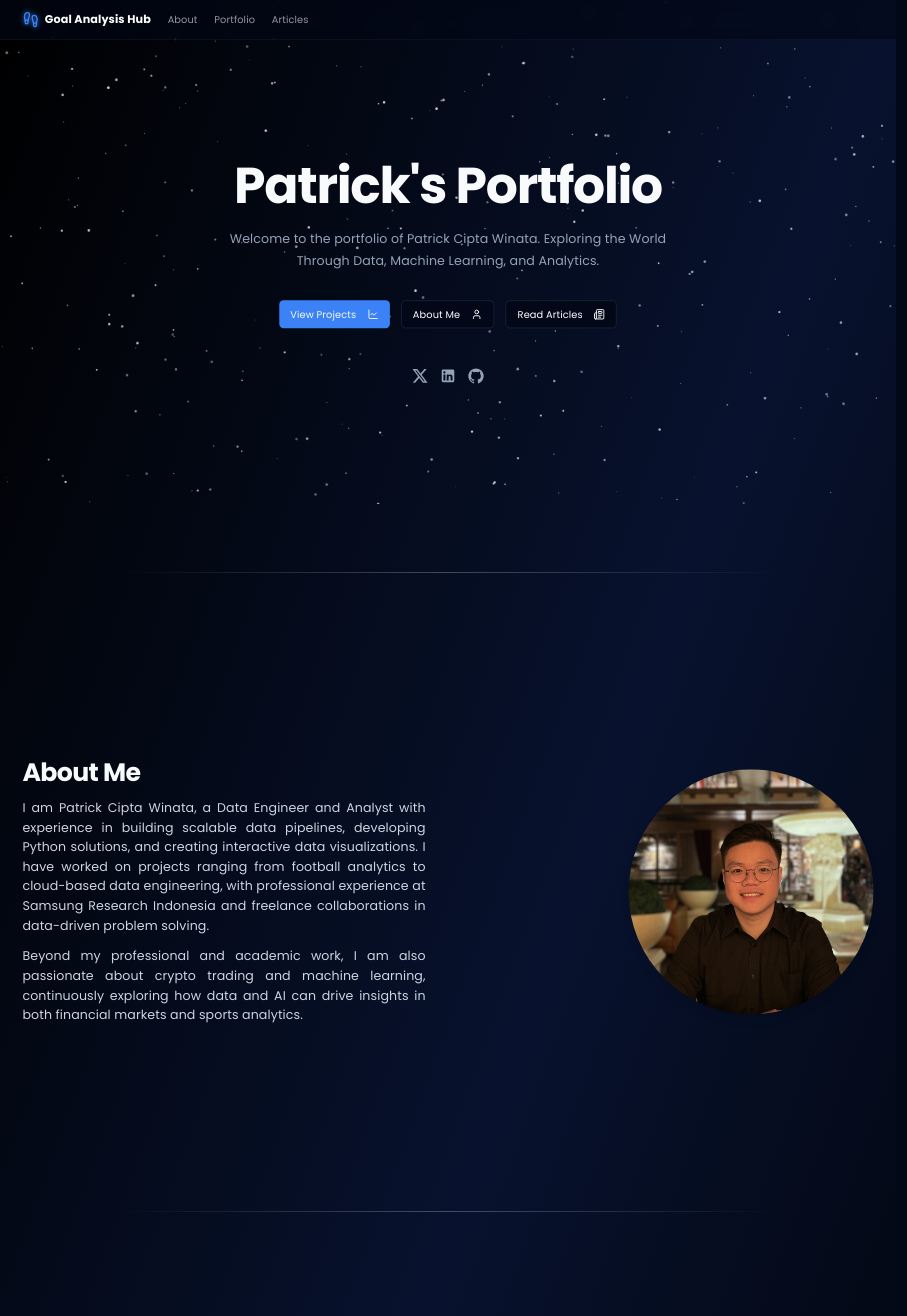
Repository: patrick-cw/my-portfolio
Page: /
These files come from the project's save history. The page is drawn as it stood at one moment and after the next save; the edit follows.
The browser window is 1280 px wide. The page is 1280 px wide, then 1296 px, so the pictures cover 1296 px, including what lies to the right of the window. The pictures show the part of the page from y = 0 to 1880 px (the page is 3545 px tall), at 70% of full size.
The project was rebuilt for these pictures with package versions that can differ from the ones it lists, and the page was loaded fresh each time. The framework's server and built-in components were replaced by stand-ins that run in the browser. Also part of the build but not shown: next.config.ts.

Above is the page before, as saved 2025-08-31 01:53:48.

### src/app/layout.tsx
import type {Metadata} from 'next';
import './globals.css';
import { Toaster } from "@/components/ui/toaster";
import { cn } from '@/lib/utils';
import Particles from '@/components/particles';
import Header from '@/components/header';
import Footer from '@/components/footer';
import ThemeRegistry from '@/components/ThemeRegistry';

export const metadata: Metadata = {
  title: "Patrick's Portfolio",
  description: 'A portfolio showcasing football analytics projects, articles, and more.',
};

export default function RootLayout({
  children,
}: Readonly<{
  children: React.ReactNode;
}>) {
  return (
    <html lang="en" className="dark" style={{scrollBehavior: 'smooth'}}>
      <head>
        <link rel="preconnect" href="https://fonts.googleapis.com" />
        <link rel="preconnect" href="https://fonts.gstatic.com" crossOrigin="anonymous" />
        <link href="https://fonts.googleapis.com/css2?family=Poppins:wght@400;600;700&display=swap" rel="stylesheet" />
      </head>
      <body className={cn("min-h-screen font-body antialiased bg-background")}>
        <ThemeRegistry>
          <div className="relative z-0 flex min-h-screen flex-col bg-gradient-to-br from-black via-blue-900/20 to-black">
            <Particles />
            <Header />
            <main className="flex-1">{children}</main>
            <Footer />
          </div>
          <Toaster />
        </ThemeRegistry>
      </body>
    </html>
  );
}

### src/app/globals.css
@tailwind base;
@tailwind components;
@tailwind utilities;

@layer base {
  :root {
    --background: 0 0% 100%;
    --foreground: 222.2 84% 4.9%;
    --card: 0 0% 100%;
    --card-foreground: 222.2 84% 4.9%;
    --card-highlight: 217.2 91.2% 95%;
    --popover: 0 0% 100%;
    --popover-foreground: 222.2 84% 4.9%;
    --primary: 217.2 91.2% 59.8%;
    --primary-foreground: 210 40% 98%;
    --secondary: 210 40% 96.1%;
    --secondary-foreground: 217.2 91.2% 59.8%;
    --muted: 210 40% 96.1%;
    --muted-foreground: 215.4 16.3% 46.9%;
    --accent: 210 40% 96.1%;
    --accent-foreground: 217.2 91.2% 59.8%;
    --destructive: 0 84.2% 60.2%;
    --destructive-foreground: 210 40% 98%;
    --border: 214.3 31.8% 91.4%;
    --input: 214.3 31.8% 91.4%;
    --ring: 217.2 91.2% 59.8%;
    --radius: 0.5rem;
    --sidebar-background: 0 0% 98%;
    --sidebar-foreground: 240 5.3% 26.1%;
    --sidebar-primary: 240 5.9% 10%;
    --sidebar-primary-foreground: 0 0% 98%;
    --sidebar-accent: 240 4.8% 95.9%;
    --sidebar-accent-foreground: 240 5.9% 10%;
    --sidebar-border: 220 13% 91%;
    --sidebar-ring: 217.2 91.2% 59.8%;
    --chart-1: 12 76% 61%;
    --chart-2: 173 58% 39%;
    --chart-3: 197 37% 24%;
    --chart-4: 43 74% 66%;
    --chart-5: 27 87% 67%;
  }
  .dark {
    --background: 222.2 84% 4.9%;
    --foreground: 210 40% 98%;
    --card: 222.2 84% 6.9%;
    --card-foreground: 210 40% 98%;
    --card-highlight: 217.2 32.6% 12.5%;
    --popover: 222.2 84% 4.9%;
    --popover-foreground: 210 40% 98%;
    --primary: 217.2 91.2% 59.8%;
    --primary-foreground: 210 40% 98%;
    --secondary: 217.2 32.6% 17.5%;
    --secondary-foreground: 210 40% 98%;
    --muted: 217.2 32.6% 17.5%;
    --muted-foreground: 215 20.2% 65.1%;
    --accent: 217.2 32.6% 17.5%;
    --accent-foreground: 210 40% 98%;
    --destructive: 0 62.8% 30.6%;
    --destructive-foreground: 210 40% 98%;
    --border: 217.2 32.6% 17.5%;
    --input: 217.2 32.6% 17.5%;
    --ring: 217.2 91.2% 59.8%;
    --chart-1: 220 70% 50%;
    --chart-2: 160 60% 45%;
    --chart-3: 30 80% 55%;
    --chart-4: 280 65% 60%;
    --chart-5: 340 75% 55%;
    --sidebar-background: 240 5.9% 10%;
    --sidebar-foreground: 240 4.8% 95.9%;
    --sidebar-primary: 224.3 76.3% 48%;
    --sidebar-primary-foreground: 0 0% 100%;
    --sidebar-accent: 240 3.7% 15.9%;
    --sidebar-accent-foreground: 240 4.8% 95.9%;
    --sidebar-border: 240 3.7% 15.9%;
    --sidebar-ring: 217.2 91.2% 59.8%;
  }
}

@layer base {
  * {
    @apply border-border;
  }
  body {
    @apply bg-background text-foreground;
  }
}

### src/components/ui/toaster.tsx
"use client"

import { useToast } from "@/hooks/use-toast"
import {
  Toast,
  ToastClose,
  ToastDescription,
  ToastProvider,
  ToastTitle,
  ToastViewport,
} from "@/components/ui/toast"

export function Toaster() {
  const { toasts } = useToast()

  return (
    <ToastProvider>
      {toasts.map(function ({ id, title, description, action, ...props }) {
        return (
          <Toast key={id} {...props}>
            <div className="grid gap-1">
              {title && <ToastTitle>{title}</ToastTitle>}
              {description && (
                <ToastDescription>{description}</ToastDescription>
              )}
            </div>
            {action}
            <ToastClose />
          </Toast>
        )
      })}
      <ToastViewport />
    </ToastProvider>
  )
}

### src/components/particles.tsx
"use client";

import React, { useRef, useEffect } from 'react';
import { cn } from '@/lib/utils';

interface MousePosition {
  x: number | null;
  y: number | null;
  radius: number;
}

// Helper class for a single particle
class Particle {
  x: number;
  y: number;
  size: number;
  color: string;
  // Base velocity
  vx: number;
  vy: number;
  // Mouse-induced velocity
  pushX: number;
  pushY: number;
  friction: number;

  constructor(private canvas: HTMLCanvasElement) {
    this.x = Math.random() * canvas.width;
    this.y = Math.random() * canvas.height;
    this.size = Math.random() * 1.5 + 0.5;
    this.color = `rgba(255, 255, 255, ${Math.random() * 0.5 + 0.3})`;
    this.vx = (Math.random() - 0.5) * 0.1; // Slow independent horizontal movement
    this.vy = (Math.random() - 0.5) * 0.1; // Slow independent vertical movement
    this.pushX = 0;
    this.pushY = 0;
    this.friction = 0.95; // Slows down the mouse push effect
  }

  draw(context: CanvasRenderingContext2D) {
    context.fillStyle = this.color;
    context.beginPath();
    context.arc(this.x, this.y, this.size, 0, Math.PI * 2);
    context.fill();
  }

  update(mouse: MousePosition) {
    // Mouse interaction
    if (mouse.x !== null && mouse.y !== null) {
        const dx = this.x - mouse.x;
        const dy = this.y - mouse.y;
        const distance = Math.sqrt(dx * dx + dy * dy);
        const forceDirectionX = dx / distance;
        const forceDirectionY = dy / distance;
        const force = (mouse.radius - distance) / mouse.radius; // Inverted force

        if (distance < mouse.radius) {
            const pushStrength = force * 0.5; // Adjust push strength
            this.pushX += forceDirectionX * pushStrength;
            this.pushY += forceDirectionY * pushStrength;
        }
    }

    // Apply friction to the mouse-push velocity
    this.pushX *= this.friction;
    this.pushY *= this.friction;

    // Update position with both base velocity and mouse-push velocity
    this.x += this.vx + this.pushX;
    this.y += this.vy + this.pushY;

    // Screen wrapping logic
    if (this.x > this.canvas.width) this.x = 0;
    if (this.x < 0) this.x = this.canvas.width;
    if (this.y > this.canvas.height) this.y = 0;
    if (this.y < 0) this.y = this.canvas.height;
  }
}

export default function Particles({ className }: { className?: string }) {
  const canvasRef = useRef<HTMLCanvasElement>(null);
  const particles = useRef<Particle[]>([]);
  const mouse = useRef<MousePosition>({ x: null, y: null, radius: 100 });
  const animationFrameId = useRef<number>();

  const initParticles = (canvas: HTMLCanvasElement) => {
    particles.current = [];
    const numberOfParticles = Math.floor((canvas.width * canvas.height) / 3000);
    for (let i = 0; i < numberOfParticles; i++) {
      particles.current.push(new Particle(canvas));
    }
  };

  const animate = () => {
    const canvas = canvasRef.current;
    if (!canvas) return;
    const context = canvas.getContext('2d');
    if (!context) return;

    context.clearRect(0, 0, canvas.width, canvas.height);
    for (const particle of particles.current) {
      particle.update(mouse.current);
      particle.draw(context);
    }
    animationFrameId.current = requestAnimationFrame(animate);
  };

  useEffect(() => {
    const canvas = canvasRef.current;
    if (!canvas) return;

    const handleResize = () => {
      if (animationFrameId.current) {
        cancelAnimationFrame(animationFrameId.current);
      }
      canvas.width = window.innerWidth;
      canvas.height = window.innerHeight;
      initParticles(canvas);
      animate();
    };

    const handleMouseMove = (event: MouseEvent) => {
      mouse.current.x = event.clientX;
      mouse.current.y = event.clientY;
    };

    const handleMouseLeave = () => {
        mouse.current.x = null;
        mouse.current.y = null;
    }

    window.addEventListener('resize', handleResize);
    window.addEventListener('mousemove', handleMouseMove);
    window.addEventListener('mouseleave', handleMouseLeave);

    handleResize();

    return () => {
      window.removeEventListener('resize', handleResize);
      window.removeEventListener('mousemove', handleMouseMove);
      window.removeEventListener('mouseleave', handleMouseLeave);
      if (animationFrameId.current) {
        cancelAnimationFrame(animationFrameId.current);
      }
    };
  }, []);

  return <canvas ref={canvasRef} className={cn('fixed top-0 left-0 w-full h-full -z-10', className)} />;
}

### src/components/header.tsx
import Link from "next/link";
import { Footprints } from "lucide-react";

export default function Header() {
  return (
    <header className="sticky top-0 z-50 w-full border-b border-border/40 bg-background/95 backdrop-blur supports-[backdrop-filter]:bg-background/60">
      <div className="container flex h-14 max-w-screen-2xl items-center">
        <Link href="/" className="mr-6 flex items-center space-x-2">
          <Footprints className="h-6 w-6 text-primary" style={{filter: 'drop-shadow(0 0 4px hsl(var(--primary)))'}}/>
          <span className="font-bold sm:inline-block font-headline">Goal Analysis Hub</span>
        </Link>
        <nav className="flex items-center gap-4 text-sm lg:gap-6">
          <Link href="/#about" className="text-foreground/60 transition-colors hover:text-foreground/80">
            About
          </Link>
          <Link href="/#portfolio" className="text-foreground/60 transition-colors hover:text-foreground/80">
            Portfolio
          </Link>
          <Link href="/#articles" className="text-foreground/60 transition-colors hover:text-foreground/80">
            Articles
          </Link>
        </nav>
      </div>
    </header>
  );
}

### src/components/footer.tsx
export default function Footer() {
    return (
      <footer className="border-t border-border/40 py-6 md:py-8">
        <div className="container flex flex-col items-center justify-between gap-4 md:flex-row">
          <p className="text-sm text-muted-foreground">
            © {new Date().getFullYear()} Patrick Cipta Winata. All rights reserved.
          </p>
        </div>
      </footer>
    );
  }

### src/components/ThemeRegistry.tsx
'use client';
import createCache from '@emotion/cache';
import { useServerInsertedHTML } from 'next/navigation';
import { CacheProvider } from '@emotion/react';
import { ThemeProvider } from '@mui/material/styles';
import CssBaseline from '@mui/material/CssBaseline';
import { createTheme } from '@mui/material/styles';
import React from 'react';

const theme = createTheme({
  palette: {
    mode: 'dark',
  },
});

// This implementation is from emotion-js
// https://github.com/emotion-js/emotion/issues/2928#issuecomment-1319747902
export default function ThemeRegistry(props: { children: React.ReactNode }) {
  const { children } = props;

  const [{ cache, flush }] = React.useState(() => {
    const cache = createCache({ key: 'mui-style' });
    cache.compat = true;
    const prevInsert = cache.insert;
    let inserted: string[] = [];
    cache.insert = (...args) => {
      const serialized = args[1];
      if (cache.inserted[serialized.name] === undefined) {
        inserted.push(serialized.name);
      }
      return prevInsert(...args);
    };
    const flush = () => {
      const prevInserted = inserted;
      inserted = [];
      return prevInserted;
    };
    return { cache, flush };
  });

  useServerInsertedHTML(() => {
    const names = flush();
    if (names.length === 0) {
      return null;
    }
    let styles = '';
    for (const name of names) {
      styles += cache.inserted[name];
    }
    return (
      <style
        key={cache.key}
        data-emotion={`${cache.key} ${names.join(' ')}`}
        dangerouslySetInnerHTML={{
          __html: styles,
        }}
      />
    );
  });

  return (
    <CacheProvider value={cache}>
      <ThemeProvider theme={theme}>
        <CssBaseline />
        {children}
      </ThemeProvider>
    </CacheProvider>
  );
}

### src/components/ui/button.tsx
import * as React from "react"
import { Slot } from "@radix-ui/react-slot"
import { cva, type VariantProps } from "class-variance-authority"

import { cn } from "@/lib/utils"

const buttonVariants = cva(
  "inline-flex items-center justify-center gap-2 whitespace-nowrap rounded-md text-sm font-medium ring-offset-background transition-colors focus-visible:outline-none focus-visible:ring-2 focus-visible:ring-ring focus-visible:ring-offset-2 disabled:pointer-events-none disabled:opacity-50 [&_svg]:pointer-events-none [&_svg]:size-4 [&_svg]:shrink-0",
  {
    variants: {
      variant: {
        default: "bg-primary text-primary-foreground hover:bg-primary/90",
        destructive:
          "bg-destructive text-destructive-foreground hover:bg-destructive/90",
        outline:
          "border border-input bg-background hover:bg-accent hover:text-accent-foreground",
        secondary:
          "bg-secondary text-secondary-foreground hover:bg-secondary/80",
        ghost: "hover:bg-accent hover:text-accent-foreground",
        link: "text-primary underline-offset-4 hover:underline",
      },
      size: {
        default: "h-10 px-4 py-2",
        sm: "h-9 rounded-md px-3",
        lg: "h-11 rounded-md px-8",
        icon: "h-10 w-10",
      },
    },
    defaultVariants: {
      variant: "default",
      size: "default",
    },
  }
)

export interface ButtonProps
  extends React.ButtonHTMLAttributes<HTMLButtonElement>,
    VariantProps<typeof buttonVariants> {
  asChild?: boolean
}

const Button = React.forwardRef<HTMLButtonElement, ButtonProps>(
  ({ className, variant, size, asChild = false, ...props }, ref) => {
    const Comp = asChild ? Slot : "button"
    return (
      <Comp
        className={cn(buttonVariants({ variant, size, className }))}
        ref={ref}
        {...props}
      />
    )
  }
)
Button.displayName = "Button"

export { Button, buttonVariants }

### src/components/ui/toast.tsx
"use client"

import * as React from "react"
import * as ToastPrimitives from "@radix-ui/react-toast"
import { cva, type VariantProps } from "class-variance-authority"
import { X } from "lucide-react"

import { cn } from "@/lib/utils"

const ToastProvider = ToastPrimitives.Provider

const ToastViewport = React.forwardRef<
  React.ElementRef<typeof ToastPrimitives.Viewport>,
  React.ComponentPropsWithoutRef<typeof ToastPrimitives.Viewport>
>(({ className, ...props }, ref) => (
  <ToastPrimitives.Viewport
    ref={ref}
    className={cn(
      "fixed top-0 z-[100] flex max-h-screen w-full flex-col-reverse p-4 sm:bottom-0 sm:right-0 sm:top-auto sm:flex-col md:max-w-[420px]",
      className
    )}
    {...props}
  />
))
ToastViewport.displayName = ToastPrimitives.Viewport.displayName

const toastVariants = cva(
  "group pointer-events-auto relative flex w-full items-center justify-between space-x-4 overflow-hidden rounded-md border p-6 pr-8 shadow-lg transition-all data-[swipe=cancel]:translate-x-0 data-[swipe=end]:translate-x-[var(--radix-toast-swipe-end-x)] data-[swipe=move]:translate-x-[var(--radix-toast-swipe-move-x)] data-[swipe=move]:transition-none data-[state=open]:animate-in data-[state=closed]:animate-out data-[swipe=end]:animate-out data-[state=closed]:fade-out-80 data-[state=closed]:slide-out-to-right-full data-[state=open]:slide-in-from-top-full data-[state=open]:sm:slide-in-from-bottom-full",
  {
    variants: {
      variant: {
        default: "border bg-background text-foreground",
        destructive:
          "destructive group border-destructive bg-destructive text-destructive-foreground",
      },
    },
    defaultVariants: {
      variant: "default",
    },
  }
)

const Toast = React.forwardRef<
  React.ElementRef<typeof ToastPrimitives.Root>,
  React.ComponentPropsWithoutRef<typeof ToastPrimitives.Root> &
    VariantProps<typeof toastVariants>
>(({ className, variant, ...props }, ref) => {
  return (
    <ToastPrimitives.Root
      ref={ref}
      className={cn(toastVariants({ variant }), className)}
      {...props}
    />
  )
})
Toast.displayName = ToastPrimitives.Root.displayName

const ToastAction = React.forwardRef<
  React.ElementRef<typeof ToastPrimitives.Action>,
  React.ComponentPropsWithoutRef<typeof ToastPrimitives.Action>
>(({ className, ...props }, ref) => (
  <ToastPrimitives.Action
    ref={ref}
    className={cn(
      "inline-flex h-8 shrink-0 items-center justify-center rounded-md border bg-transparent px-3 text-sm font-medium ring-offset-background transition-colors hover:bg-secondary focus:outline-none focus:ring-2 focus:ring-ring focus:ring-offset-2 disabled:pointer-events-none disabled:opacity-50 group-[.destructive]:border-muted/40 group-[.destructive]:hover:border-destructive/30 group-[.destructive]:hover:bg-destructive group-[.destructive]:hover:text-destructive-foreground group-[.destructive]:focus:ring-destructive",
      className
    )}
    {...props}
  />
))
ToastAction.displayName = ToastPrimitives.Action.displayName

const ToastClose = React.forwardRef<
  React.ElementRef<typeof ToastPrimitives.Close>,
  React.ComponentPropsWithoutRef<typeof ToastPrimitives.Close>
>(({ className, ...props }, ref) => (
  <ToastPrimitives.Close
    ref={ref}
    className={cn(
      "absolute right-2 top-2 rounded-md p-1 text-foreground/50 opacity-0 transition-opacity hover:text-foreground focus:opacity-100 focus:outline-none focus:ring-2 group-hover:opacity-100 group-[.destructive]:text-red-300 group-[.destructive]:hover:text-red-50 group-[.destructive]:focus:ring-red-400 group-[.destructive]:focus:ring-offset-red-600",
      className
    )}
    toast-close=""
    {...props}
  >
    <X className="h-4 w-4" />
  </ToastPrimitives.Close>
))
ToastClose.displayName = ToastPrimitives.Close.displayName

const ToastTitle = React.forwardRef<
  React.ElementRef<typeof ToastPrimitives.Title>,
  React.ComponentPropsWithoutRef<typeof ToastPrimitives.Title>
>(({ className, ...props }, ref) => (
  <ToastPrimitives.Title
    ref={ref}
    className={cn("text-sm font-semibold", className)}
    {...props}
  />
))
ToastTitle.displayName = ToastPrimitives.Title.displayName

const ToastDescription = React.forwardRef<
  React.ElementRef<typeof ToastPrimitives.Description>,
  React.ComponentPropsWithoutRef<typeof ToastPrimitives.Description>
>(({ className, ...props }, ref) => (
  <ToastPrimitives.Description
    ref={ref}
    className={cn("text-sm opacity-90", className)}
    {...props}
  />
))
ToastDescription.displayName = ToastPrimitives.Description.displayName

type ToastProps = React.ComponentPropsWithoutRef<typeof Toast>

type ToastActionElement = React.ReactElement<typeof ToastAction>

export {
  type ToastProps,
  type ToastActionElement,
  ToastProvider,
  ToastViewport,
  Toast,
  ToastTitle,
  ToastDescription,
  ToastClose,
  ToastAction,
}

### tailwind.config.ts
import type {Config} from 'tailwindcss';

export default {
  darkMode: ['class'],
  content: [
    './src/pages/**/*.{js,ts,jsx,tsx,mdx}',
    './src/components/**/*.{js,ts,jsx,tsx,mdx}',
    './src/app/**/*.{js,ts,jsx,tsx,mdx}',
  ],
  theme: {
    container: {
      center: true,
      padding: "2rem",
      screens: {
        "2xl": "1400px",
      },
    },
    extend: {
      fontFamily: {
        body: ['Poppins', 'sans-serif'],
        headline: ['Poppins', 'sans-serif'],
        code: ['monospace'],
      },
      colors: {
        background: 'hsl(var(--background))',
        foreground: 'hsl(var(--foreground))',
        card: {
          DEFAULT: 'hsl(var(--card))',
          foreground: 'hsl(var(--card-foreground))',
          highlight: 'hsl(var(--card-highlight))',
        },
        popover: {
          DEFAULT: 'hsl(var(--popover))',
          foreground: 'hsl(var(--popover-foreground))',
        },
        primary: {
          DEFAULT: 'hsl(var(--primary))',
          foreground: 'hsl(var(--primary-foreground))',
        },
        secondary: {
          DEFAULT: 'hsl(var(--secondary))',
          foreground: 'hsl(var(--secondary-foreground))',
        },
        muted: {
          DEFAULT: 'hsl(var(--muted))',
          foreground: 'hsl(var(--muted-foreground))',
        },
        accent: {
          DEFAULT: 'hsl(var(--accent))',
          foreground: 'hsl(var(--accent-foreground))',
        },
        destructive: {
          DEFAULT: 'hsl(var(--destructive))',
          foreground: 'hsl(var(--destructive-foreground))',
        },
        border: 'hsl(var(--border))',
        input: 'hsl(var(--input))',
        ring: 'hsl(var(--ring))',
        chart: {
          '1': 'hsl(var(--chart-1))',
          '2': 'hsl(var(--chart-2))',
          '3': 'hsl(var(--chart-3))',
          '4': 'hsl(var(--chart-4))',
          '5': 'hsl(var(--chart-5))',
        },
        sidebar: {
          DEFAULT: 'hsl(var(--sidebar-background))',
          foreground: 'hsl(var(--sidebar-foreground))',
          primary: 'hsl(var(--sidebar-primary))',
          'primary-foreground': 'hsl(var(--sidebar-primary-foreground))',
          accent: 'hsl(var(--sidebar-accent))',
          'accent-foreground': 'hsl(var(--sidebar-accent-foreground))',
          border: 'hsl(var(--sidebar-border))',
          ring: 'hsl(var(--sidebar-ring))',
        },
      },
      borderRadius: {
        lg: 'var(--radius)',
        md: 'calc(var(--radius) - 2px)',
        sm: 'calc(var(--radius) - 4px)',
      },
      keyframes: {
        'accordion-down': {
          from: {
            height: '0',
          },
          to: {
            height: 'var(--radix-accordion-content-height)',
          },
        },
        'accordion-up': {
          from: {
            height: 'var(--radix-accordion-content-height)',
          },
          to: {
            height: '0',
          },
        },
      },
      animation: {
        'accordion-down': 'accordion-down 0.2s ease-out',
        'accordion-up': 'accordion-up 0.2s ease-out',
      },
    },
  },
  plugins: [require('tailwindcss-animate')],
} satisfies Config;

Loaded but not shown: src/lib/utils.ts (common file); src/hooks/use-toast.ts (common file); src/app/page.tsx (308 lines, source omitted); src/components/ui/carousel.tsx (262 lines, source omitted)

After the next save:
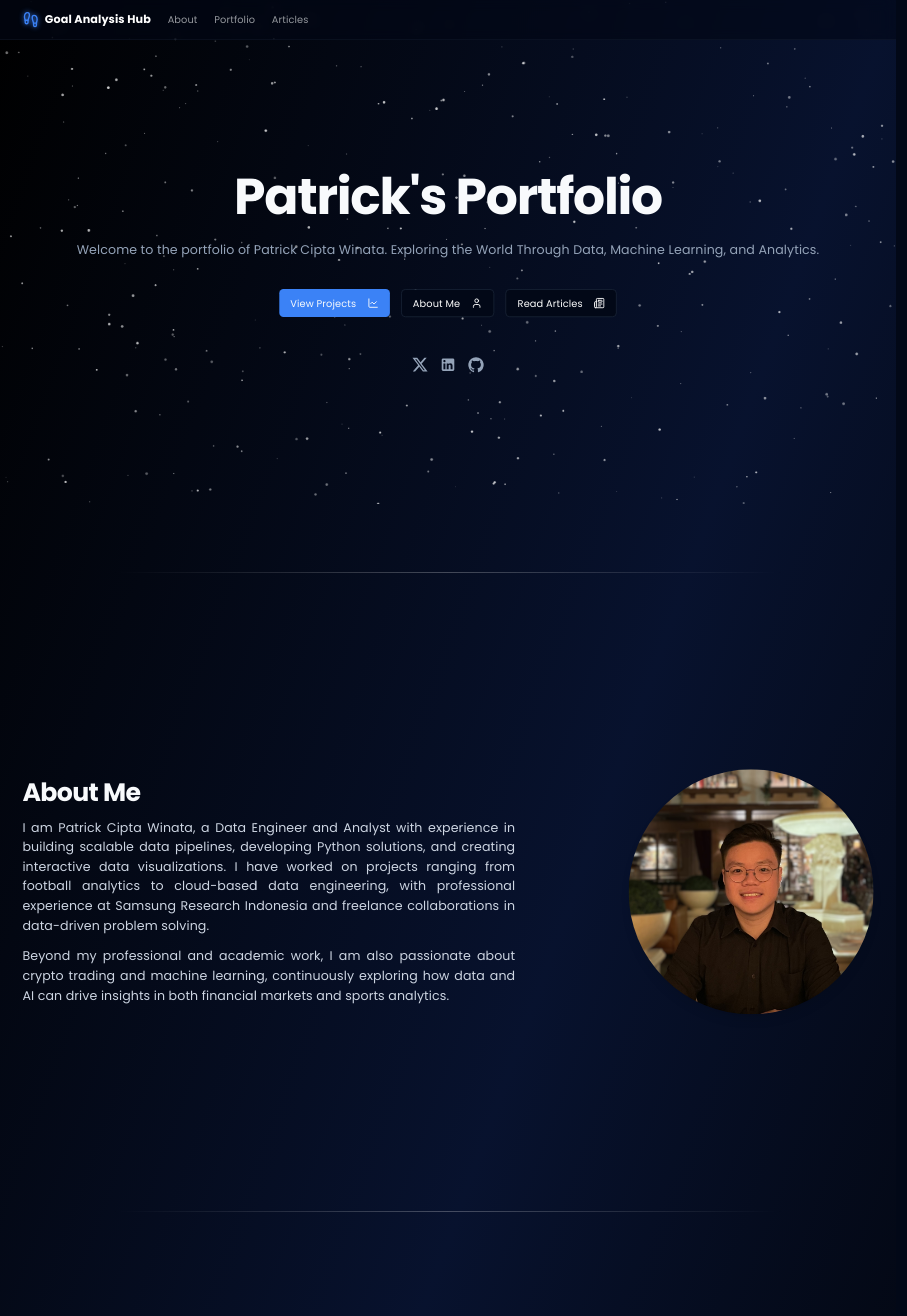
Saved 4 min 23 s later.
--- a/tailwind.config.ts
+++ b/tailwind.config.ts
@@ -14,6 +14,9 @@ export default {
       screens: {
         "2xl": "1400px",
       },
+    },
+    maxWidth: {
+      'xl': '44rem',
     },
     extend: {
       fontFamily: {
